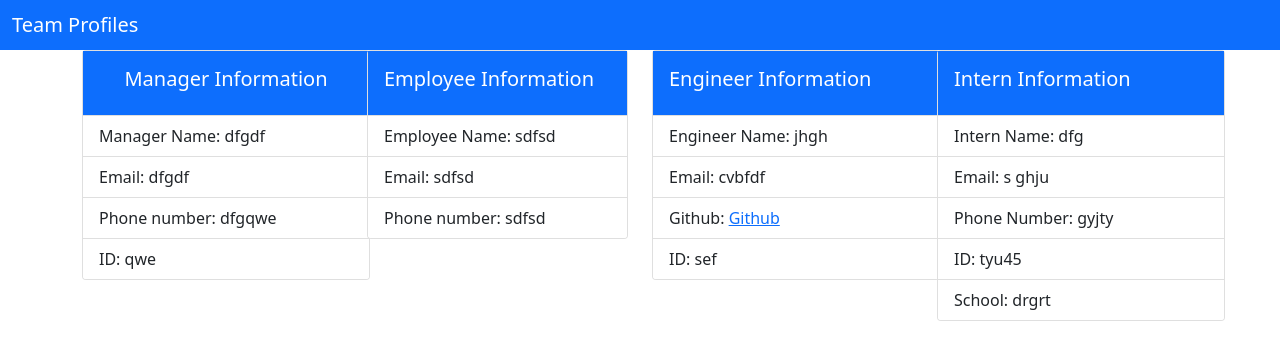
Repository: ward438/Team_Profiles
Page: index.html
The author's editor kept a copy of each file at every save. The page is drawn from the files as they stood at one save, then again after the next save.
The browser window is 1280 px wide. The pictures show the whole page.

Above is the page before, as saved 2021-04-04 16:59:10.

### index.html
<head>
    <meta charset="UTF-8" />
    <meta http-equiv="X-UA-Compatible" content="IE=edge" />
    <meta name="viewport" content="width=device-width, initial-scale=1.0" />

    <link href="https://cdn.jsdelivr.net/npm/bootstrap@5.0.0-beta3/dist/css/bootstrap.min.css" rel="stylesheet" integrity="sha384-eOJMYsd53ii+scO/bJGFsiCZc+5NDVN2yr8+0RDqr0Ql0h+rP48ckxlpbzKgwra6" crossorigin="anonymous" />
    <script src="https://cdn.jsdelivr.net/npm/bootstrap@5.0.0-beta3/dist/js/bootstrap.bundle.min.js" integrity="sha384-JEW9xMcG8R+pH31jmWH6WWP0WintQrMb4s7ZOdauHnUtxwoG2vI5DkLtS3qm9Ekf" crossorigin="anonymous"></script>

    <nav class="navbar navbar-light bg-primary" style="text-align: center">
        <div class="container-fluid">
            <span class="navbar-brand mb-0 h1 text-white">Team Profiles</span>
        </div>
    </nav>
</head>

<body>
    <div class="container">
        <div class="row">
            <div class="col-3">
                <div class="card" style="width: 18rem">
                    <div class="card-body bg-primary">
                        <h5 class="card-title text-white" style="text-align: center">
                            Manager Information
                        </h5>
                    </div>
                    <ul class="list-group list-group-flush">
                        <li class="list-group-item">Manager Name: dfgdf</li>
                        <li class="list-group-item">Email: dfgdf</li>
                        <li class="list-group-item">Phone number: dfgqwe</li>
                        <li class="list-group-item">ID: qwe</li>
                    </ul>
                </div>
            </div>
            <div class="col-3">
                <div class="card" style="width: 18rem margin-top: 30px">
                    <div class="card-body bg-primary">
                        <h5 class="card-title text-white">Employee Information</h5>
                    </div>
                    <ul class="list-group list-group-flush">
                        <li class="list-group-item">Employee Name: sdfsd</li>
                        <li class="list-group-item">Email: sdfsd</li>
                        <li class="list-group-item">Phone number: sdfsd</li>
                    </ul>
                </div>
            </div>
            <div class="col-3">
                <div class="card" style="width: 18rem">
                    <div class="card-body bg-primary">
                        <h5 class="card-title text-white">Engineer Information</h5>
                    </div>
                    <ul class="list-group list-group-flush">
                        <li class="list-group-item">Engineer Name: jhgh</li>
                        <li class="list-group-item">Email: cvbfdf</li>
                        <li class="list-group-item">
                            Github: <a href="https://github.com/sdrfsef/">Github</a>
                        </li>
                        <li class="list-group-item">ID: sef</li>
                    </ul>
                </div>
            </div>
            <div class="col-3">
                <div class="card" style="width: 18rem">
                    <div class="card-body bg-primary">
                        <h5 class="card-title text-white">Intern Information</h5>
                    </div>
                    <ul class="list-group list-group-flush">
                        <li class="list-group-item">Intern Name: dfg</li>
                        <li class="list-group-item">Email: s ghju</li>
                        <li class="list-group-item">Phone Number: gyjty</li>
                        <li class="list-group-item">ID: tyu45</li>
                        <li class="list-group-item">School: drgrt</li>
                    </ul>
                </div>
            </div>
        </div>
    </div>
</body>

After the next save:
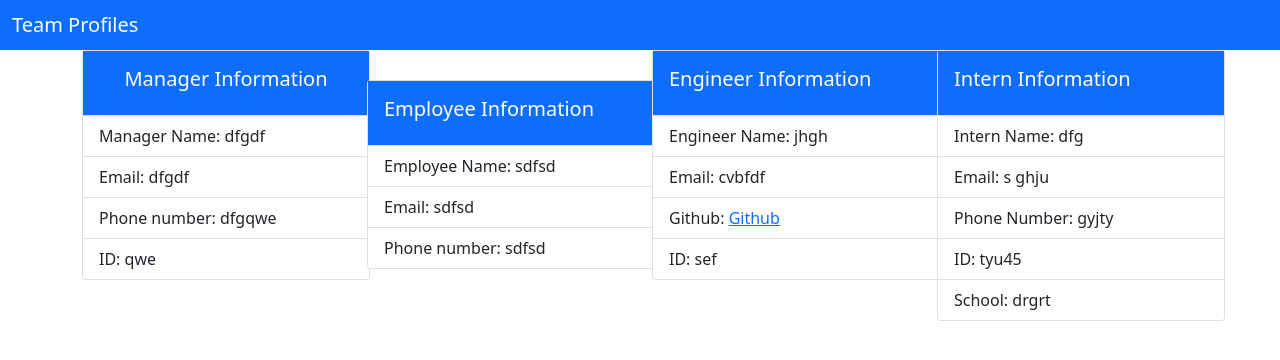
Saved 21 s later.
--- a/index.html
+++ b/index.html
@@ -32,7 +32,7 @@
                 </div>
             </div>
             <div class="col-3">
-                <div class="card" style="width: 18rem margin-top: 30px">
+                <div class="card" style="width: 18rem; margin-top: 30px">
                     <div class="card-body bg-primary">
                         <h5 class="card-title text-white">Employee Information</h5>
                     </div>
